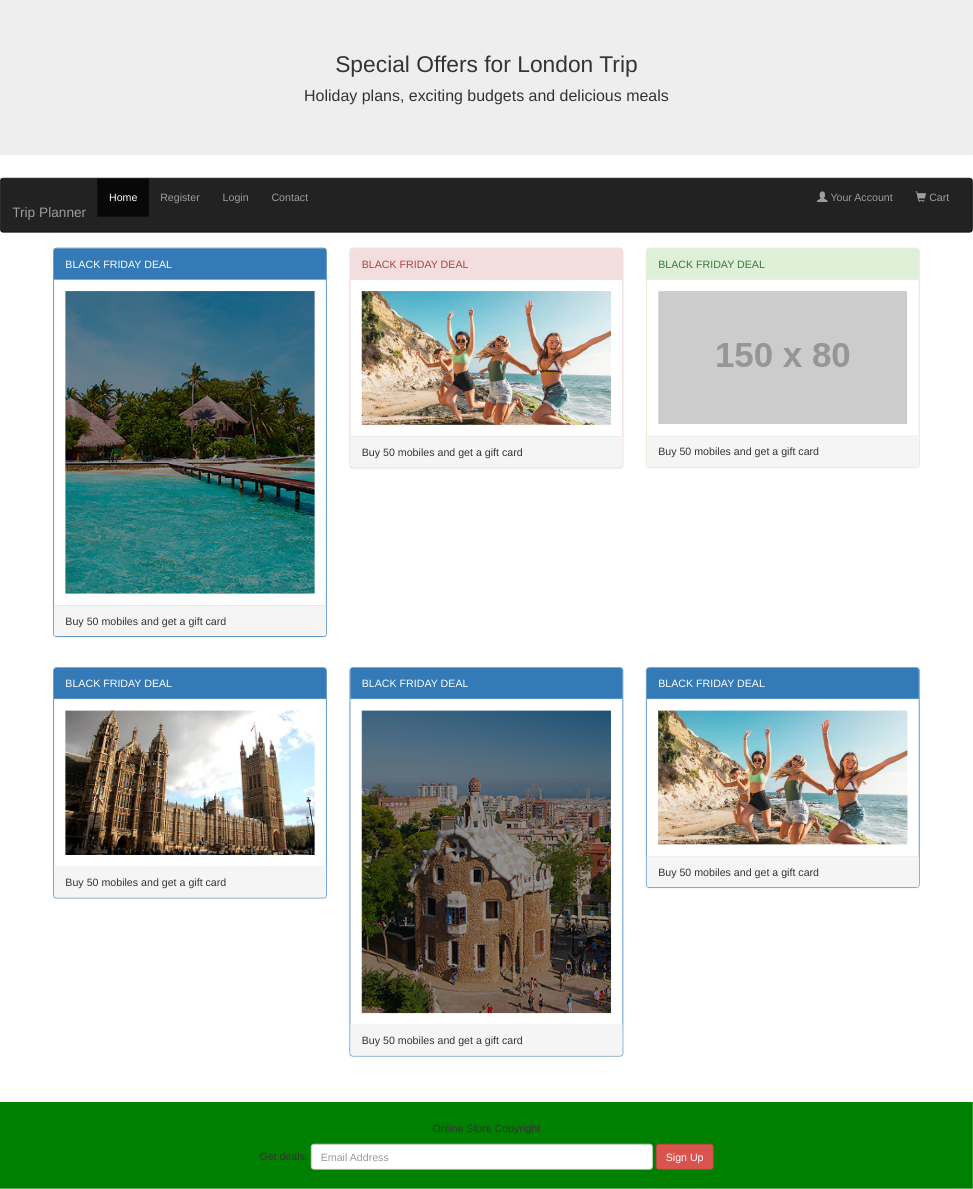
Repository: NanSin21/Mytourism-Website
Page: http://localhost/toursandtravelsmanagement/london.jsp
The author's editor kept a copy of each file at every save. The page is drawn from the files as they stood at one save, then again after the next save.
The browser window is 1280 px wide. The pictures show the whole page, at 76% of full size.
The page is served by Tomcat 9.

Above is the page before, as saved 2018-07-20 08:22:53.

After the next save:
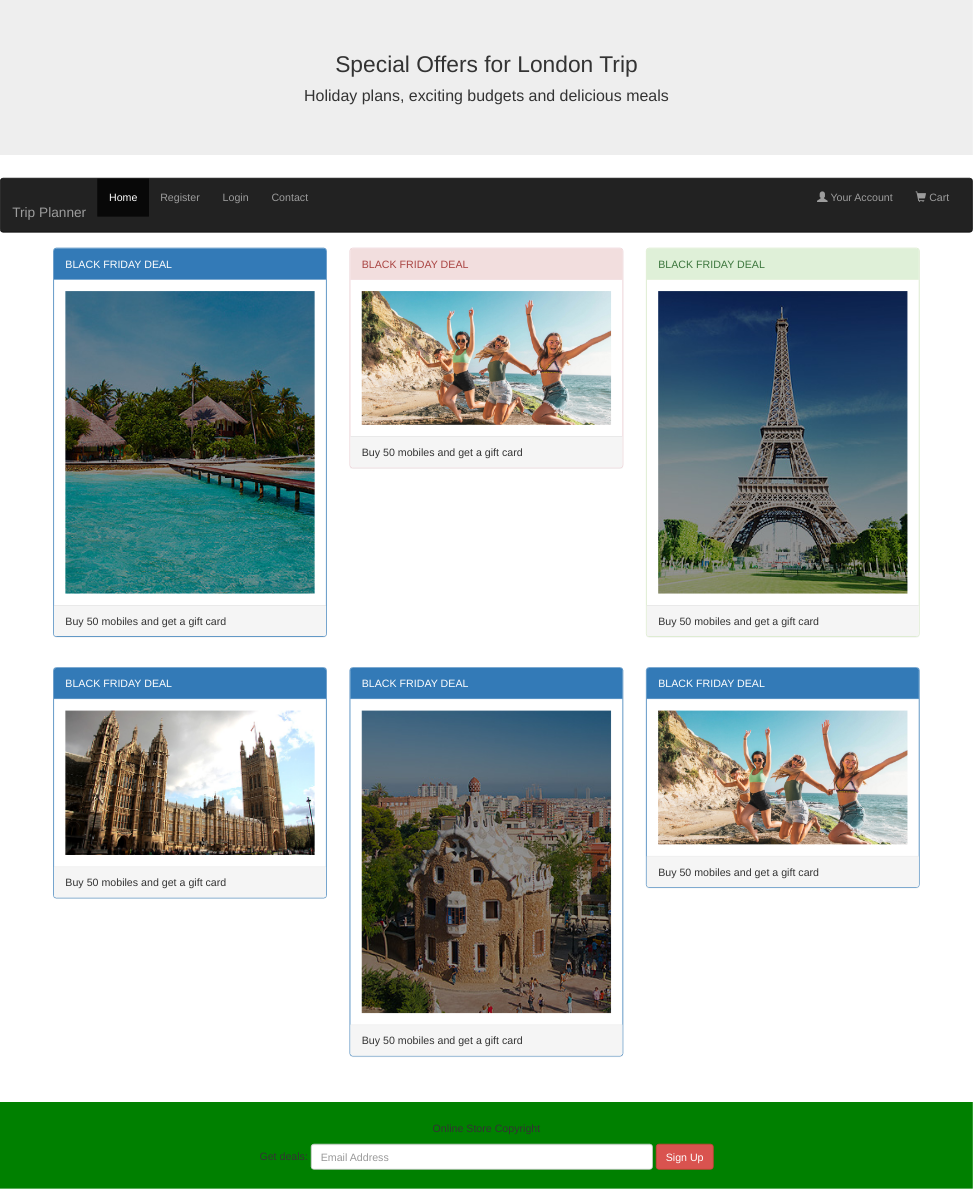
Saved 26 s later.
--- a/toursandtravelsmanagement/WebContent/london.jsp
+++ b/toursandtravelsmanagement/WebContent/london.jsp
@@ -78,7 +78,7 @@
     <div class="col-sm-4">
       <div class="panel panel-success">
         <div class="panel-heading">BLACK FRIDAY DEAL</div>
-        <div class="panel-body"><img src="https://placehold.it/150x80?text=IMAGE" class="img-responsive" style="width:100%" alt="Image"></div>
+        <div class="panel-body"><img src="images/ban_img3.jpg" class="img-responsive" style="width:100%" alt="Image"></div>
         <div class="panel-footer">Buy 50 mobiles and get a gift card</div>
       </div>
     </div>
